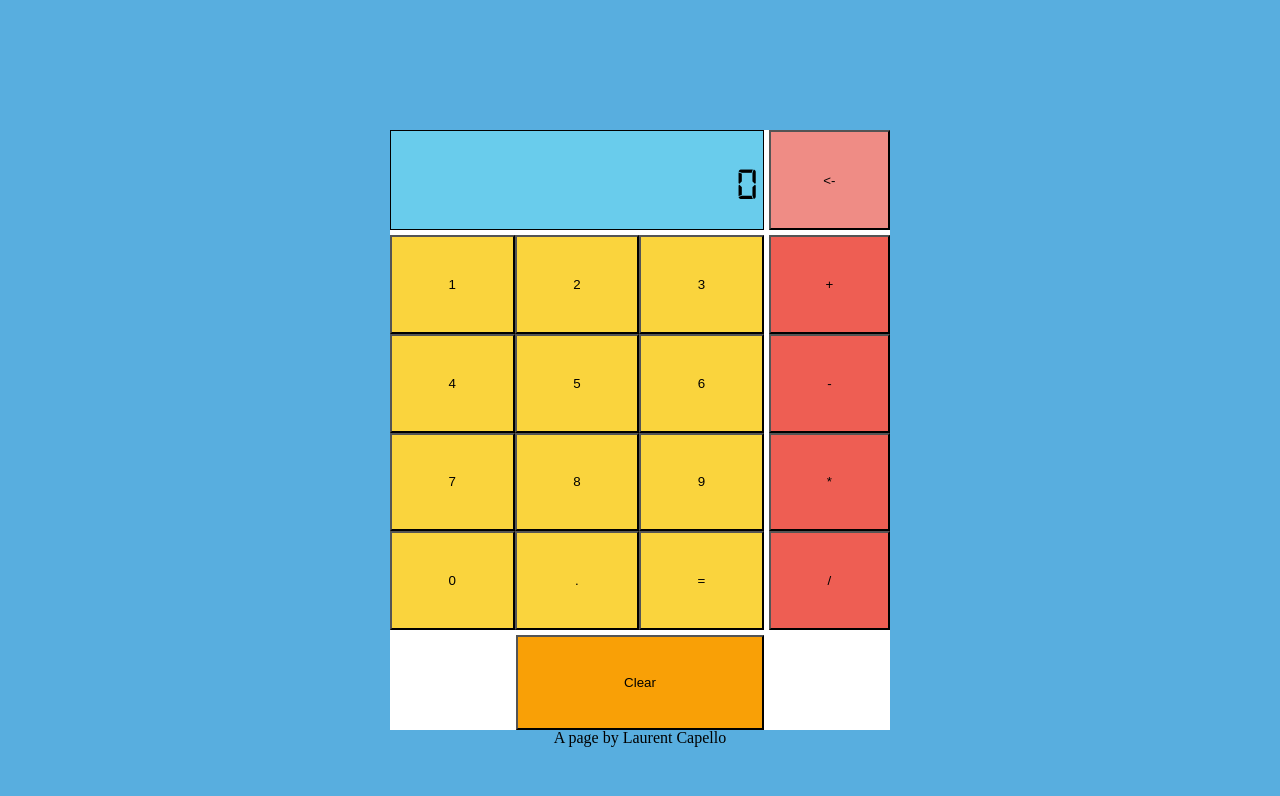
Repository: sokafootball/js-calculator
Page: index.html
These files come from the project's save history. The page is drawn as it stood at one moment and after the next save; the edit follows.
The browser window is 1280 px wide. The pictures show the whole page.

Above is the page before, as saved 2020-05-06 19:40:23.

### index.html
<html>
<head>
  <title>Javascript Calculator - By Laurent Capello</title>
  <link rel="stylesheet" type="text/css" href="reset.css">
  <link rel="stylesheet" type="text/css" href="style.css">
  <!--<link rel="stylesheet" type="text/css" href="wireframe.css">-->
  <link href="https://fonts.googleapis.com/css2?family=Barlow:wght@300&display=swap" rel="stylesheet">
</head>
<body>
<main id="main">
  <div id="calculator">
    <p id="display">0</p>
    <button id="backspace" class="button"><-</button>
    <div id="numpad">
      <button class="button num-button">1</button>
      <button class="button num-button">2</button>
      <button class="button num-button">3</button>
      <button class="button num-button">4</button>
      <button class="button num-button">5</button>
      <button class="button num-button">6</button>
      <button class="button num-button">7</button>
      <button class="button num-button">8</button>
      <button class="button num-button">9</button>
      <button class="button num-button">0</button>
      <button id="decimal-button" class="button">.</button>
      <button id="equal-button" class="button">=</button>
    </div>
    <div id="operators">
      <button class="button operation-button">+</button>
      <button class="button operation-button">-</button>
      <button class="button operation-button">*</button>
      <button class="button operation-button">/</button>
    </div>
    <button id="clear-button" class="button">Clear</button>
  </div>
</main>
<footer id="footer">
  <p>A page by <span id="signature">Laurent Capello</span></p>
</footer>
<div id="hidden-element" class="display-full" style="display: none"></div>
<script type="text/javascript" src="script.js"></script>
</body>
</html>

### style.css
@font-face {
  font-family: "calcFont";
  src: url("./fonts/digital-7/digital-7.ttf");
  }

body{
  align-items: center;
  background-color: hsl(202, 68%, 61%);
  display: flex;
  flex-direction: column;
  justify-content: space-between;
}

.display-full{
  animation-name: display-full;
  animation-duration: 0.3s;
}

#numpad button{
  background-color: hsl(48, 95%, 61%);
}

#backspace{
  background-color: hsl(4, 77%, 73%);
  grid-area: backspace;
}

#calculator{
  background-color: white;
}

#calc-top{
  margin-bottom: 40px;
}

#clear-button{
  background-color: hsl(38, 95%, 50%);
  grid-area: clear;
}

#display{
  background-color: hsl(195, 78%, 67%);
  border: 1px solid black;
  font-family: 'calcFont', sans-serif;
  font-size: 45px;
  grid-area: display;
  line-height: 95px;
  padding-right: 5px;
  text-align: right;
  vertical-align: middle;
}

#calculator{
  display: grid;
  gap: 5px 5px;
  grid-template-areas:
    "display display display backspace"
    "numpad numpad numpad operators"
    "numpad numpad numpad operators"
    "numpad numpad numpad operators"
    "numpad numpad numpad operators"
    ". clear clear .";
  grid-template-columns: repeat(4, 1fr);
  grid-template-rows: 100px repeat(5, 1fr); /*first row is fixed to stop the border animation from taking space from other rows*/
  height: 600px;
  margin-top: 130px;
  width: 500px;
}

#footer{
  margin-bottom: 50px;
}

#numpad{
  display: grid;
  grid-area: numpad;
  grid-template-columns: repeat(3, 1fr);
  grid-template-rows: repeat(4, 1fr);
}

#operators{
  display: flex;
  flex-direction: column;
  justify-content: space-evenly;
  grid-area: operators;
}

#operators button{
  background-color: hsl(4, 82%, 63%);
  flex-grow: 1;
}

@keyframes display-full{
  0% {border: 1px solid black;}
  50% {
    border: 2px solid red;
    box-shadow: 0px 0px 6px 1px red;
    line-height: 93px;
    padding-right: 4px;
  }
  100% {border: 1px solid black;}
}

### script.js
/*
CODE BY LAURENT CAPELLO
*/

//#region STARTUP
const MAX_DISPLAY_LENGTH = 14
const MAX_DECIMALS = 3
const EXPONENTIAL_NOTATION_DIGITS = MAX_DISPLAY_LENGTH - 4 //4 digits are reserved for the exponential notation and the dot
let display = document.querySelector(`#display`)
let overwriteIsOn = true
let operation = null, operand1 = null, operand2 = null

addFunctionsToBtns()

function addFunctionsToBtns(){
	let numButtons = document.querySelectorAll(`.num-button`)
	numButtons = Array.from(numButtons)
	numButtons.forEach(button => {
		button.addEventListener(`click`, () => pressNumBtn(button.innerText))
	});

	let opButtons = document.querySelectorAll(`.operation-button`)
	opButtons = Array.from(opButtons)
	opButtons.forEach(button => {
		button.addEventListener(`click`, () => pressOperationBtn(button.innerText))
	});

	let equalButton = document.querySelector(`#equal-button`)
	equalButton.addEventListener(`click`, pressEqualBtn)

	let clearButton = document.querySelector(`#clear-button`)
	clearButton.addEventListener(`click`, pressClearBtn)

	let bckSpaceBtn = document.querySelector(`#backspace`)
	bckSpaceBtn.addEventListener(`click`, pressBackspaceBtn)

	let decimalBtn = document.querySelector(`#decimal-button`)
	decimalBtn.addEventListener(`click`, pressDecimalBtn)

	document.onkeydown = (e) => filterKeyPress(e)
}

function filterKeyPress(e){
	console.log(`key pressed`)
	if (e.which <= 105 && e.which >= 96){
		pressNumBtn(Number(e.key))
	} else if (e.which == 106 || e.which == 107 || e.which == 109 || e.which == 111) {
		pressOperationBtn(e.key)
	} else if (e.which == 13){
		pressEqualBtn()
	} else if (e.which == 110){
		pressDecimalBtn()
	} else if (e.which == 8){
		pressBackspaceBtn()
	}
}
//#endregion

//#region SUPPORT FUNCTIONS
function clear(){
	display.innerText = `0`
	operation = null
	operand1 = null
	operand2 = null
	overwriteIsOn = true
}

function displayNumber(num){
	if(num == 0 && display.innerText == `0`) return
  if(overwriteIsOn){
		if(num == `.`){
			display.innerText += num
		}else{
			display.innerText = num
		}
		overwriteIsOn = false
	}else{
		if(display.innerText.length >= MAX_DISPLAY_LENGTH){
			animateDisplay()
			return
		}
		display.innerText += num
	}
}

function displayResult(){
	operand1 = operate(operation, operand1, operand2)
	operand2 = null
	display.innerText = operand1
}

function saveNumber(){
	if(operation == null)
		operand1 =  Number(display.innerText)
	else operand2 =  Number(display.innerText)
}

function saveOperation(operationSign){
	operation = operationSign
	overwriteIsOn = true
}

function truncateDecimals(num){
	if((num % 1).toString().length > MAX_DECIMALS) return Number(num).toFixed(MAX_DECIMALS)
	return num
}

function truncateIntegers(num){
	if(num.toString().length <= MAX_DISPLAY_LENGTH) return num
	return num.toExponential(EXPONENTIAL_NOTATION_DIGITS)
}
//#endregion

//#region BUTTONS FUNCTIONS
function pressBackspaceBtn(){
	//if display length is 1
	if(display.innerText.length == 1){
		display.innerText = `0`
	}else{
		let displayArray = Array.from(display.innerText)
		displayArray.pop()
		display.innerText = displayArray.join(``)
	}
	saveNumber()
}

function pressDecimalBtn(){
	//add dot to the right of the number on display
	if (display.innerText.includes(`.`)) return
	displayNumber(`.`)
	saveNumber()
}

function pressClearBtn(){
	clear()
}

function pressEqualBtn(){
	if(operand1 != null && operand2 != null){
		displayResult()
		operation = null
		overwriteIsOn = true
		operand2 = null
	}else{
		operation = null
		overwriteIsOn = true
		operand2 = null
		display.innerText = operand1 == null ? `0` : operand1
	}
}

function pressNumBtn(num){
	displayNumber(Number(num))
	saveNumber()
}

function pressOperationBtn(operationSign){
	if (operation == null){
		saveOperation(operationSign)
	}else{
		if(operand1 != null && operand2 != null){
			displayResult()
		}
		saveOperation(operationSign)
	}
}
//#endregion

//#region MATH FUNCTIONS
function operate(operation, a, b){
	let result = null
	switch (operation){
		case `+`:
			operation = add
			break
		case `-`:
			operation = subtract
			break;
		case `*`:
			operation = multiply
			break
		case `/`:
			operation = divide
			break;
		default:
			console.log(`invalid operation`)
			return
	}
	result = Number(operation(a,b))
	result = truncateDecimals(result)
	result = truncateIntegers(result)
  return Number(result)
}

function add (...nums) {
	return nums.reduce((total, num) => {
		return total + num
	}, 0)
}

function subtract (...nums) {
	return nums.reduce((total, num) => {
		return total - num
	})
}

function sum (arr) {
	return add(...arr)
}

function divide (...nums){
	if (nums[1] == 0){
		console.log(`you can't divide by 0!`)
		clear()
		return 0
	}
	return nums.reduce((total, num) => total / num
	)
}

function multiply (...nums) {
	return nums.reduce((total, num) => {
		return total * num
	})
}
//#endregion

//#region DISPLAY ANIMATION FUNCTIONS
function convertDuration(durationString){
	let duration = Number(durationString.replace(`s`, ``))
	return duration * 1000
}

function animateDisplay(){
	let animDurationString = getComputedStyle(document.querySelector(`.display-full`)).animationDuration
	const ANIM_DURATION = convertDuration(animDurationString)
	display.classList.remove(`display-full`)
	display.classList.add(`display-full`)
	setTimeout(() => display.classList.remove(`display-full`), ANIM_DURATION);
}
//#endregion

Loaded but not shown: reset.css (common file)

After the next save:
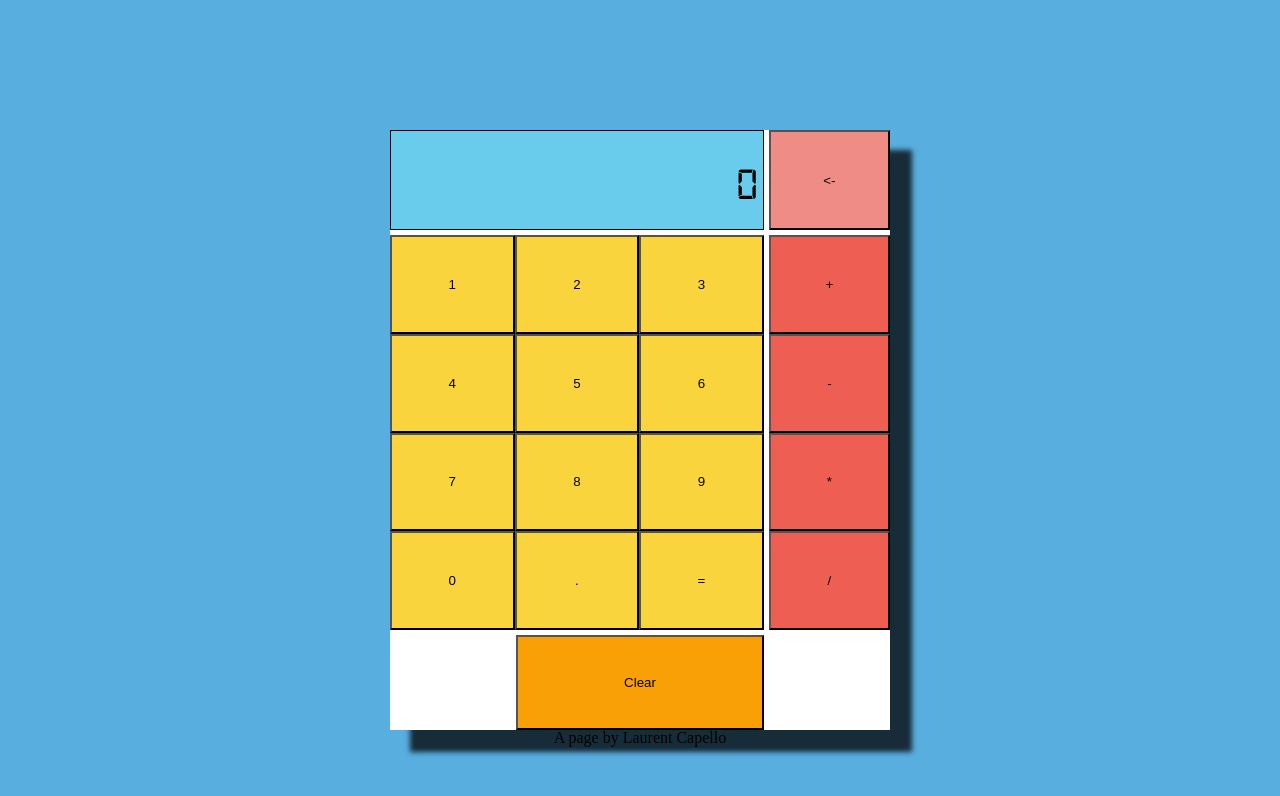
Saved 7 min 56 s later.
--- a/style.css
+++ b/style.css
@@ -27,6 +27,7 @@ body{
 
 #calculator{
   background-color: white;
+  box-shadow: 21px 21px 5px 1px rgba(0,0,0,0.75);
 }
 
 #calc-top{
